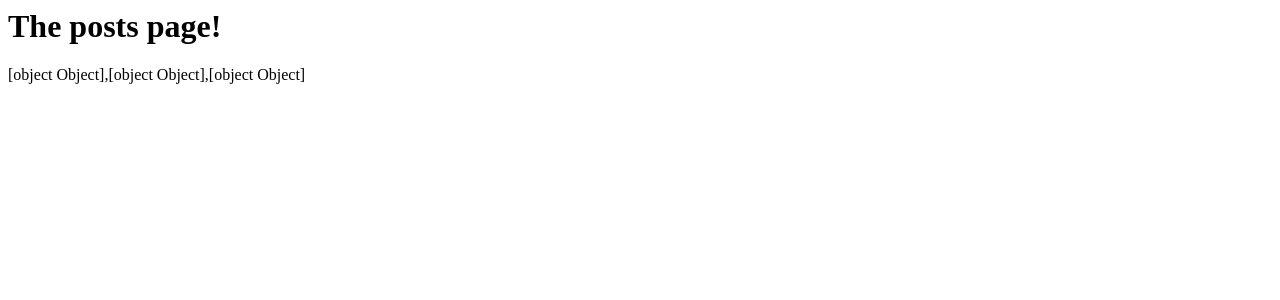
Repository: JoseSM1598/WebAppProjects
Page: http://localhost/posts
The author's editor kept a record of every edit. The page is drawn from the files as they stood at one moment, then again after the next edit.
The browser window is 1280 px wide. The pictures show the whole page.
The page is served by the project's Node server (MoreExpress/EJSDemo/app.js).

Above is the page before.

### MoreExpress/EJSDemo/views/post.ejs
<h1>The posts page!</h1>

<%for(var i = 0; i < posts.length; i++){%>


<% } %>

<%= posts %>

### MoreExpress/EJSDemo/app.js
var express = require("express");
var app = express();


app.use(express.static("public"));

//Tells the server we will be passing in ejs files
app.set("view engine", "ejs");

app.get("/", function(req,res){
    res.render("home");

});

app.get("/love/:thing", function(req,res){
    var thing = req.params.thing;
    //Pass variables to the .ejs file as objects

    res.render("love", {thingVar:thing});
})

app.get("/posts", function(req,res){
    var posts = [
        {title:"post 1", author:"Rayna"},
        {title:"post 2", author:"Jose"},
        {title:"post 2", author:"Max"}
        ];

    res.render("post", {posts:posts});
})




app.listen(process.env.PORT, process.env.IP, function(){
    console.log("Server is listening");
})

After the next edit:
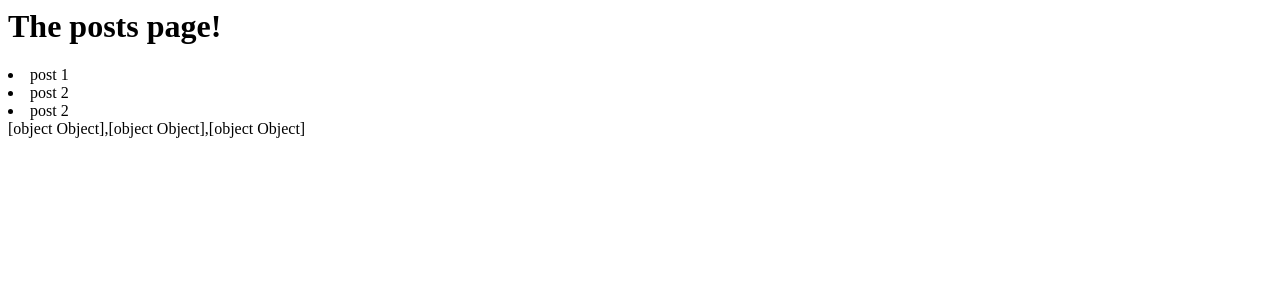
The edit:
--- a/MoreExpress/EJSDemo/views/post.ejs
+++ b/MoreExpress/EJSDemo/views/post.ejs
@@ -1,7 +1,7 @@
 <h1>The posts page!</h1>
 
 <%for(var i = 0; i < posts.length; i++){%>
-
+    <li><%= posts[i].title %></li>
 
 <% } %>
 
